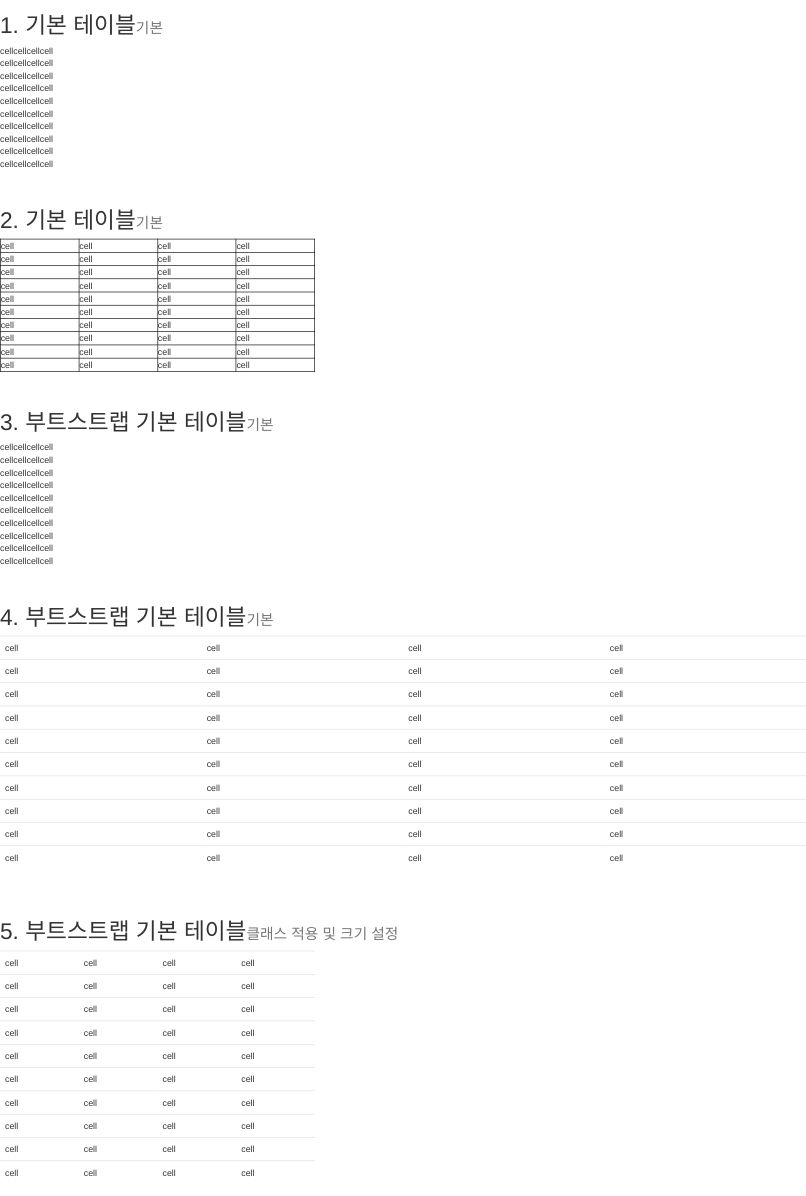
Repository: yhj4130/BootstrapStudy
Page: BootstrapWork/WebContent/BootEx02.html
An editor plug-in stored every save of this project. The page is shown before and after the next save, followed by the edit.
The browser window is 1280 px wide. The pictures show the whole page, at 63% of full size.

Above is the page before, as saved 2019-06-12 01:46:46.

After the next save:
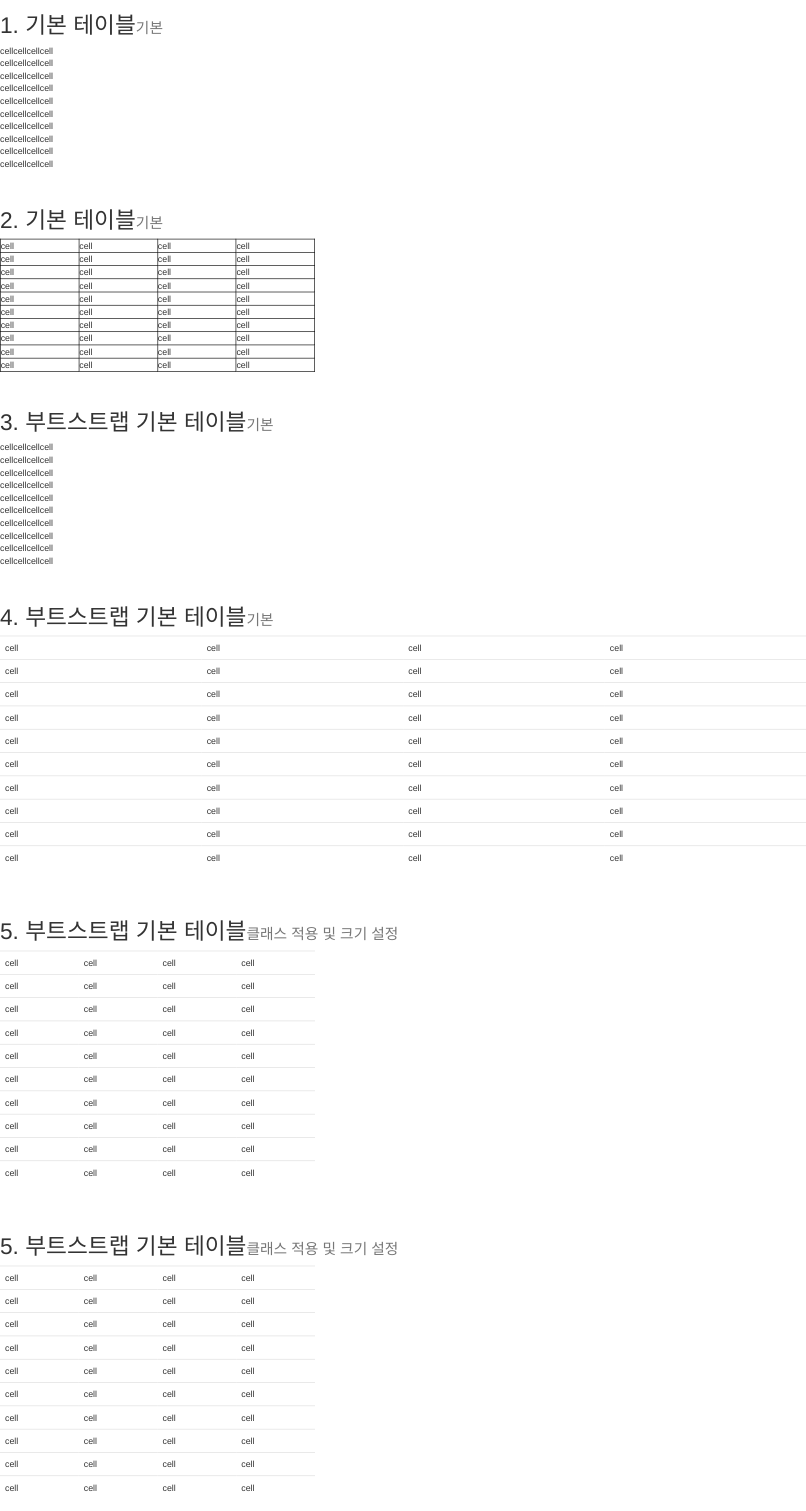
Saved 18 s later.
--- a/BootstrapWork/WebContent/BootEx02.html
+++ b/BootstrapWork/WebContent/BootEx02.html
@@ -364,5 +364,73 @@
 	</tr>
 </table>
 
+<br><br>
+
+<h1>5. 부트스트랩 기본 테이블<small>클래스 적용 및 크기 설정</small></h1>
+
+<!-- table>(tr>td{cell*4)*10 -->
+<table class="table" style="width: 500px;">
+	<tr>
+		<td>cell</td>
+		<td>cell</td>
+		<td>cell</td>
+		<td>cell</td>
+	</tr>
+	<tr>
+		<td>cell</td>
+		<td>cell</td>
+		<td>cell</td>
+		<td>cell</td>
+	</tr>
+	<tr>
+		<td>cell</td>
+		<td>cell</td>
+		<td>cell</td>
+		<td>cell</td>
+	</tr>
+	<tr>
+		<td>cell</td>
+		<td>cell</td>
+		<td>cell</td>
+		<td>cell</td>
+	</tr>
+	<tr>
+		<td>cell</td>
+		<td>cell</td>
+		<td>cell</td>
+		<td>cell</td>
+	</tr>
+	<tr>
+		<td>cell</td>
+		<td>cell</td>
+		<td>cell</td>
+		<td>cell</td>
+	</tr>
+	<tr>
+		<td>cell</td>
+		<td>cell</td>
+		<td>cell</td>
+		<td>cell</td>
+	</tr>
+	<tr>
+		<td>cell</td>
+		<td>cell</td>
+		<td>cell</td>
+		<td>cell</td>
+	</tr>
+	<tr>
+		<td>cell</td>
+		<td>cell</td>
+		<td>cell</td>
+		<td>cell</td>
+	</tr>
+	<tr>
+		<td>cell</td>
+		<td>cell</td>
+		<td>cell</td>
+		<td>cell</td>
+	</tr>
+</table>
+
 </body>
 </html>
